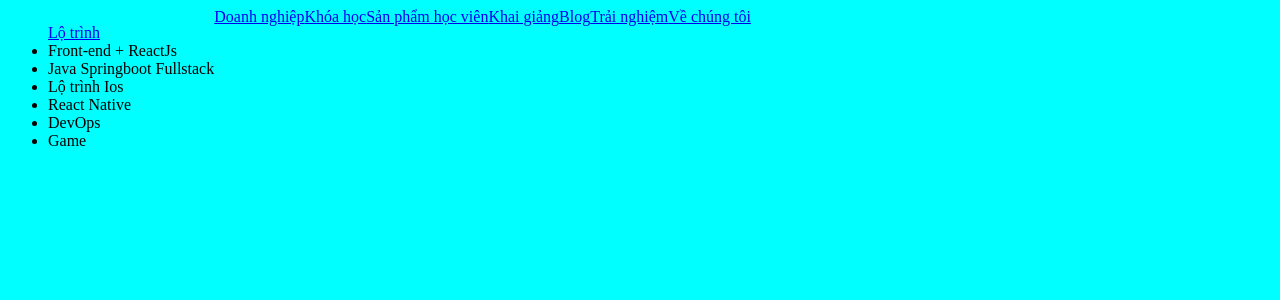
Repository: khanhnahk306/khanhnahk.github.io
Page: flexbox/html/megamenu.html
An editor plug-in stored every save of this project. The page is shown before and after a run of saves, followed by the edit.
The browser window is 1280 px wide. The pictures show the whole page.

Above is the page before, as saved 2022-01-28 10:40:03.

### flexbox/html/megamenu.html
<!DOCTYPE html>
<html lang="en">
<head>
    <meta charset="UTF-8">
    <meta http-equiv="X-UA-Compatible" content="IE=edge">
    <meta name="viewport" content="width=device-width, initial-scale=1.0">
    <link rel="stylesheet" href="../css/megamenu.css">
    <title>Menu đa cấp</title>
</head>
<body>
    <!-- <h1>Menu đa cấp</h1> -->
    <div class="megamenu">
        <ul class="nav">

                <a href="#">Lộ trình</a>
                        <li>Front-end + ReactJs</li>
                        <li>Java Springboot Fullstack</li>
                        <li>Lộ trình Ios</li>
                        <li>React Native</li>
                        <li>DevOps</li>
                        <li>Game</li>
        </ul>

            <li>
                <a href="#">Doanh nghiệp</a>
            </li>
            <li>
                <a href="#">Khóa học</a>
            </li>
            <li>
                <a href="#">Sản phẩm học viên</a>
            </li>
            <li>
                <a href="#">Khai giảng</a>
            </li>
            <li>
                <a href="#">Blog</a>
            </li>
            <li>
                <a href="#">Trải nghiệm</a>
            </li>
            <li>
                <a href="#">Về chúng tôi</a>
            </li>
        </ul>
    </div>
</body>
</html>

### flexbox/css/megamenu.css
*{
    box-sizing: border-box;
}
body{
    background-color: aqua;
}
.megamenu {
    display: flex;
    list-style-type: none;
}

After the next 2 saves:
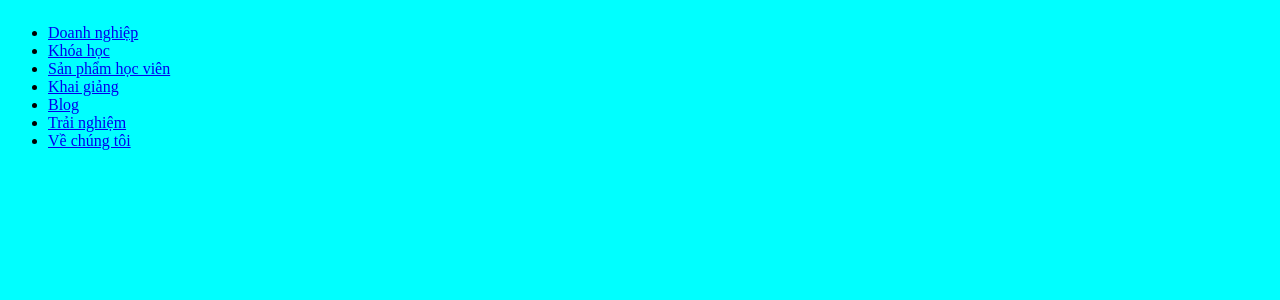
The 2 saves are shown as one change because they came seconds apart.
The last was saved 9 s later.
--- a/flexbox/html/megamenu.html
+++ b/flexbox/html/megamenu.html
@@ -11,15 +11,6 @@
     <!-- <h1>Menu đa cấp</h1> -->
     <div class="megamenu">
         <ul class="nav">
-
-                <a href="#">Lộ trình</a>
-                        <li>Front-end + ReactJs</li>
-                        <li>Java Springboot Fullstack</li>
-                        <li>Lộ trình Ios</li>
-                        <li>React Native</li>
-                        <li>DevOps</li>
-                        <li>Game</li>
-        </ul>
 
             <li>
                 <a href="#">Doanh nghiệp</a>
